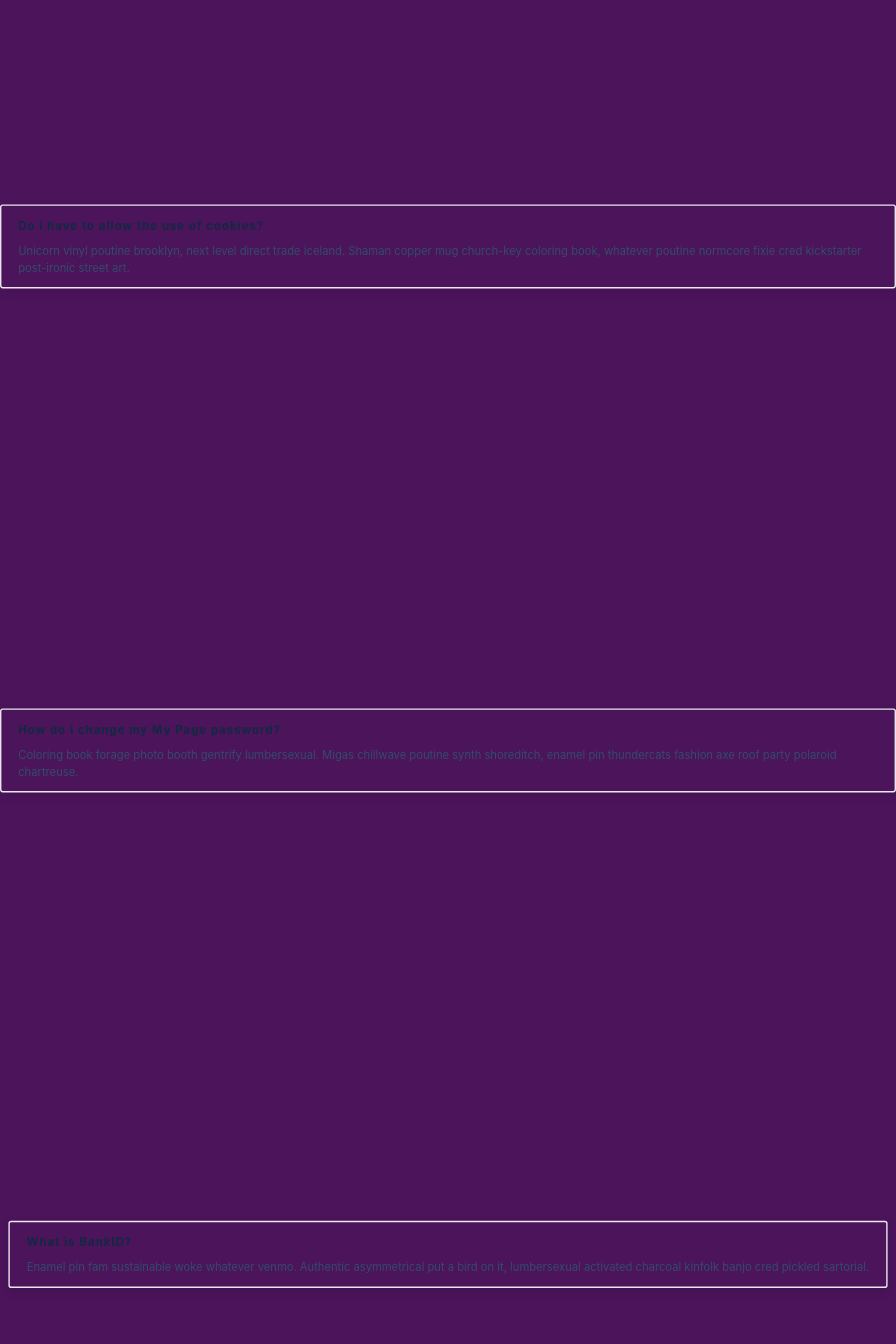
Repository: Reghanoid/Accordion
Page: /
These files come from the project's save history. The page is drawn as it stood at one moment and after the next save; the edit follows.
The browser window is 1280 px wide. The pictures show the part of the page from y = 0 to 1920 px (the page is 3600 px tall), at 70% of full size.
The project was rebuilt for these pictures with package versions that can differ from the ones it lists, and the page was loaded fresh each time.

Above is the page before, as saved 2022-06-06 14:51:54.

After the next save:
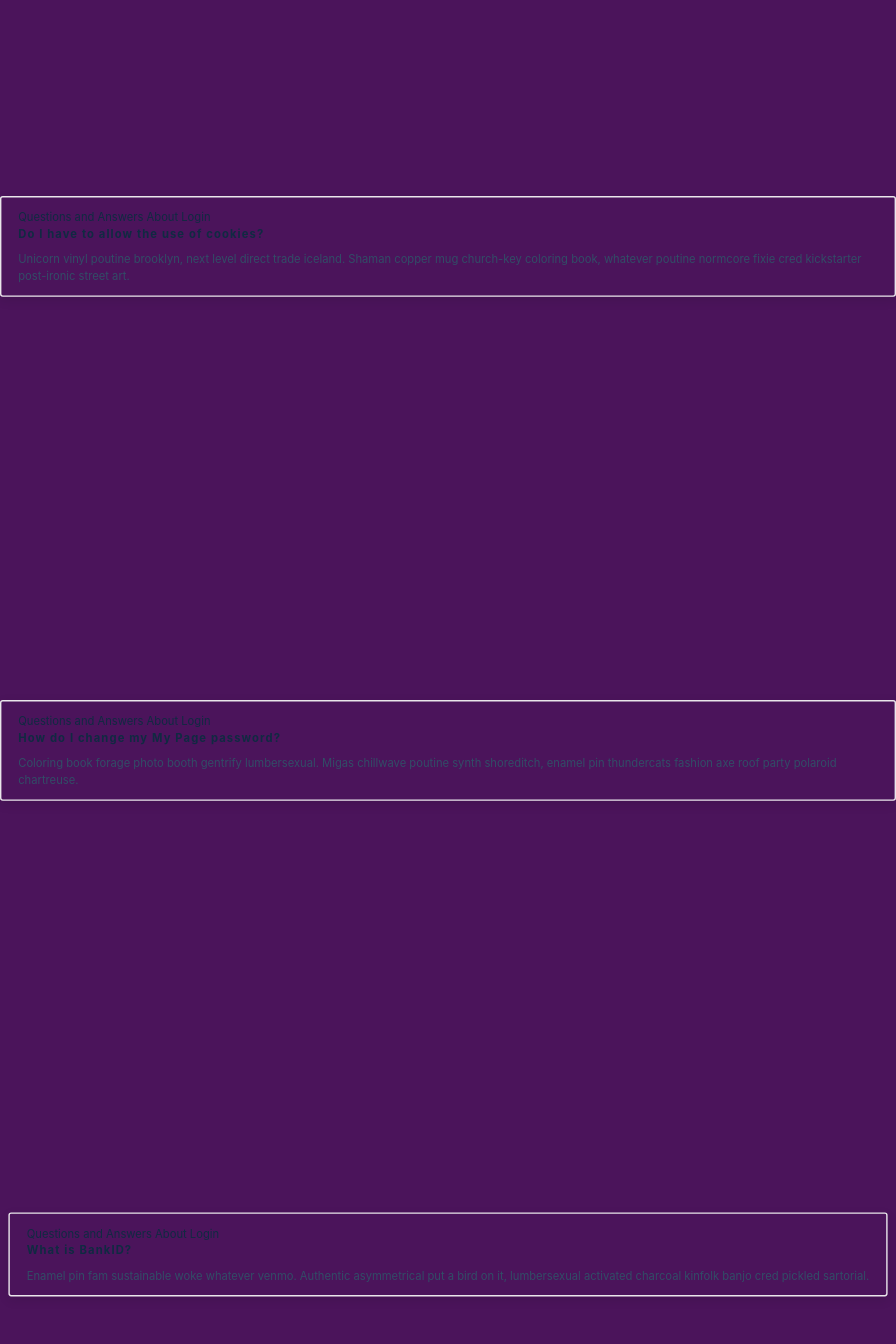
Saved 2 min 27 s later.
--- a/src/Question.js
+++ b/src/Question.js
@@ -4,6 +4,7 @@ const Question = (props) => {
   return (
     <main>
       <div className='question'>
+        <header className=''>Questions and Answers About Login</header>
         <h4> {props.title} </h4>
         <p> {props.info} </p>
       </div>
